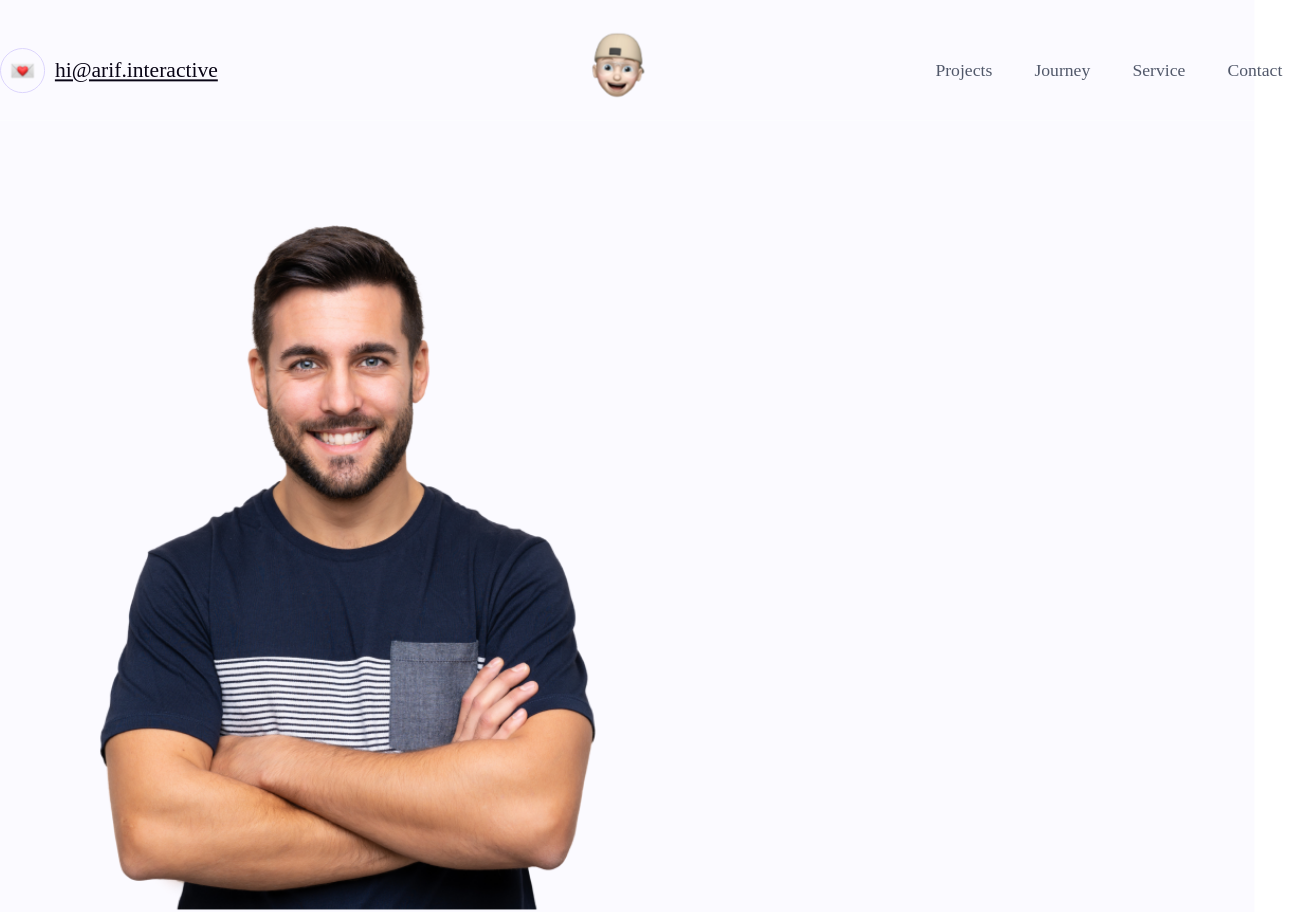
Repository: trantangtuan/project-06-grid-system12column-demo
Page: index.html
The author's editor kept a copy of each file at every save. The page is drawn from the files as they stood at one save, then again after the next save.
The browser window is 1280 px wide. The page is 1330 px wide, so the pictures cover 1330 px, including what lies to the right of the window. The pictures show the whole page, at 98% of full size.

Above is the page before, as saved 2024-07-12 20:44:09.

After the next save:
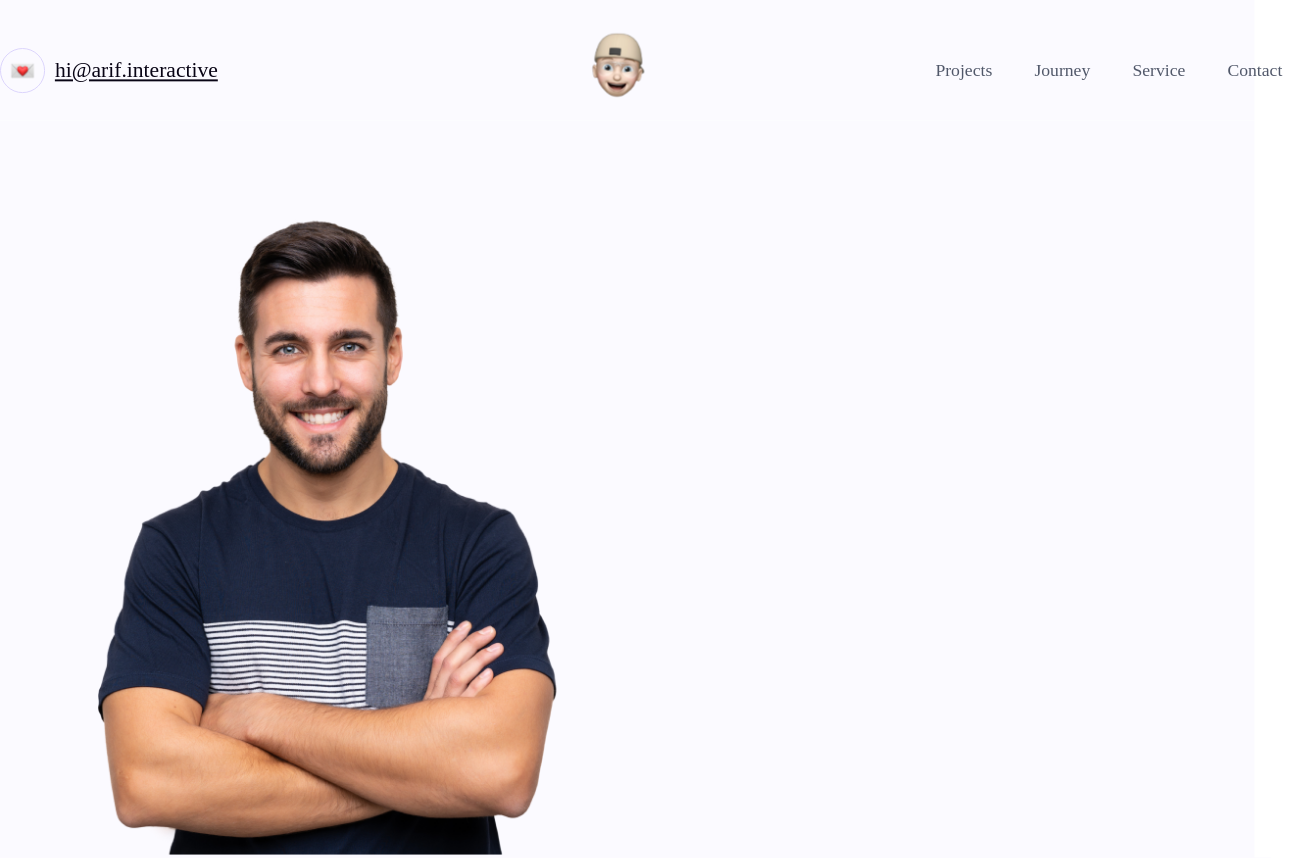
Saved 34 s later.
--- a/assets/css/style.css
+++ b/assets/css/style.css
@@ -100,5 +100,5 @@ a {
 }
 
 .hero__img {
-  width: 100%;
+  width: 514px;
 }
